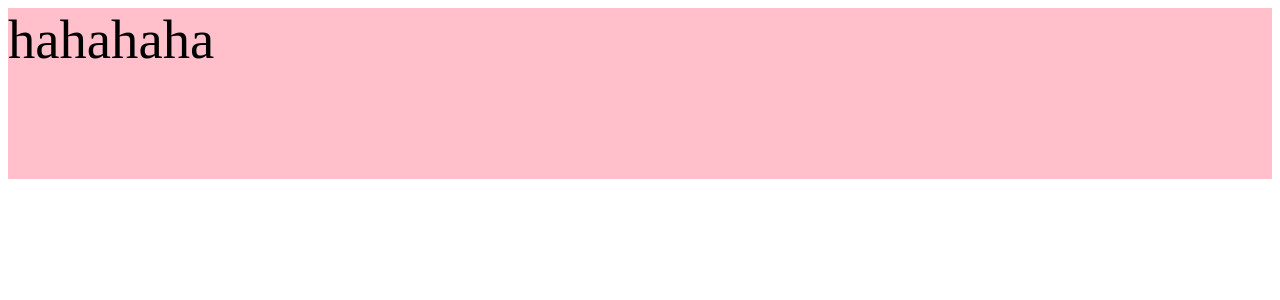
Repository: LumiereXyloto/javascript-data-structure
Page: 实现指定效果/rem.html
The author's editor kept a copy of each file at every save. The page is drawn from the files as they stood at one save, then again after the next save.
The browser window is 1280 px wide. The pictures show the whole page.

Above is the page before, as saved 2020-02-25 00:59:31.

### 实现指定效果/rem.html
<!DOCTYPE html>
<html lang="en">
<head>
  <meta charset="UTF-8">
  <meta name='viewport' content='width=device-width,initial-scale=1,user-scale=no' />
  <title>Document</title>
  <style>
    .myDiv {
      width: 100%;
      height: 2rem;
      font-size: .64rem;
      background-color: pink;
    }
  </style>
</head>
<body>
  <div class="myDiv">hahahaha</div>
  <script>
    // 假设设计图 750px，1rem 就是设计图中的 50px
    function changeRootFontSize() {
      document.documentElement.style.fontSize = document.documentElement.clientWidth / 15 + 'px';
    }
    window.addEventListener('resize', changeRootFontSize)
    changeRootFontSize()
  </script>
</body>
</html>

After the next save:
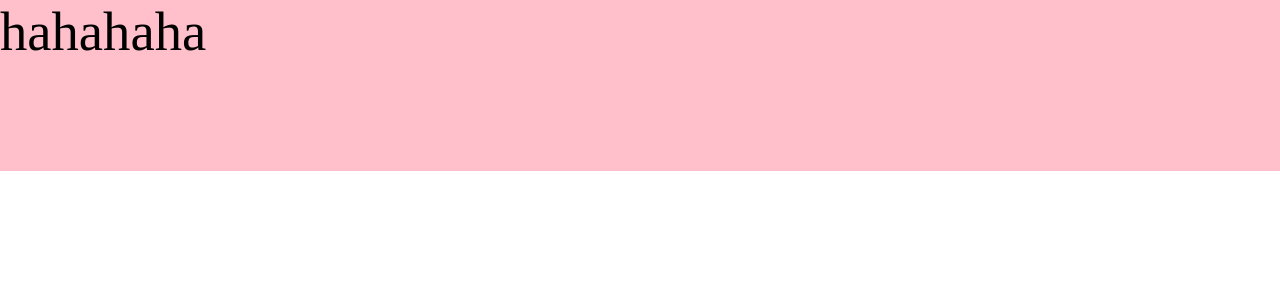
Saved 31 s later.
--- a/实现指定效果/rem.html
+++ b/实现指定效果/rem.html
@@ -13,7 +13,7 @@
     }
   </style>
 </head>
-<body>
+<body style="margin: 0">
   <div class="myDiv">hahahaha</div>
   <script>
     // 假设设计图 750px，1rem 就是设计图中的 50px
